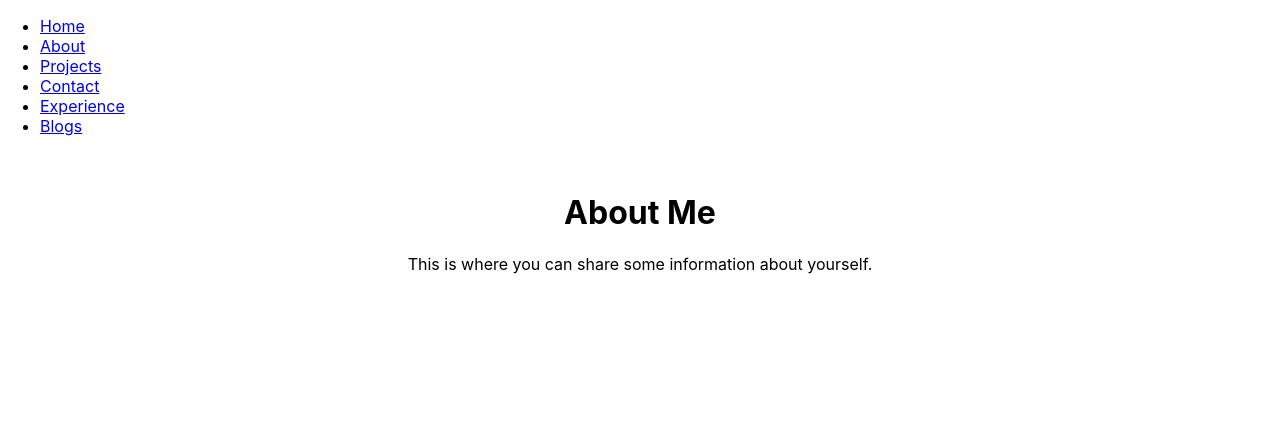
Repository: nicholaschen09/personalWebsite
Page: /about
The author's editor kept a copy of each file at every save. The page is drawn from the files as they stood at one save, then again after the next save.
The browser window is 1280 px wide. The pictures show the whole page.
The project was rebuilt for these pictures with package versions that can differ from the ones it lists, and the page was loaded fresh each time. Also part of the build but not shown: src/components/Home.css, src/components/Home.js, src/components/Projects.css, src/components/Projects.js, src/components/Contact.css, src/components/Contact.js, src/components/Experience.css, src/components/Experience.js and 2 more.

Above is the page before, as saved 2024-05-23 00:16:14.

After the next save:
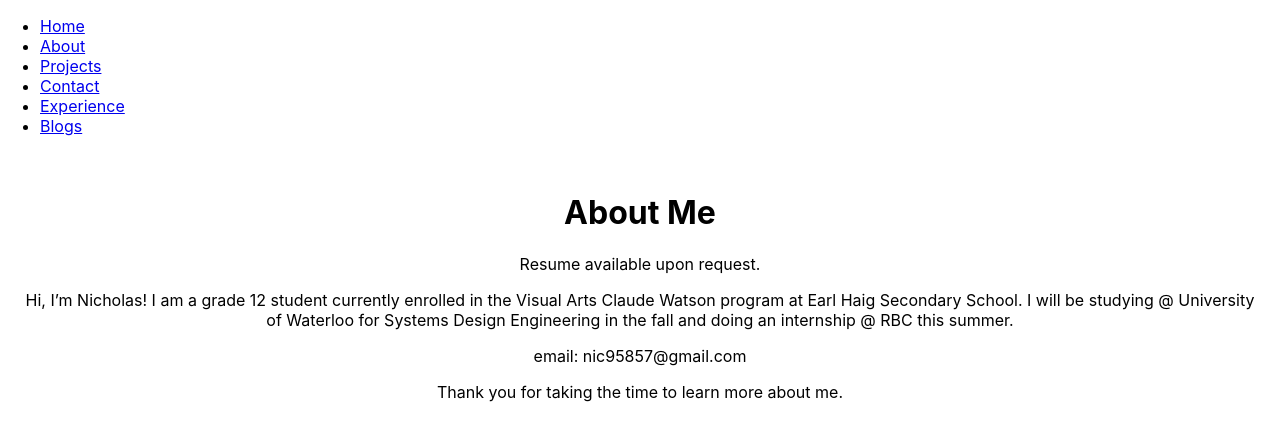
Saved 89 s later.
--- a/src/components/About.js
+++ b/src/components/About.js
@@ -6,7 +6,12 @@ const About = () => {
     return (
         <div className="about">
             <h1>About Me</h1>
-            <p>This is where you can share some information about yourself.</p>
+            <p>Resume available upon request.</p>
+            <p>Hi, I’m Nicholas!  I am a grade 12 student currently enrolled in the Visual Arts Claude Watson
+                program at Earl Haig Secondary School. I will be studying @ University of
+                Waterloo for Systems Design Engineering in the fall and doing an internship @ RBC this summer.</p>
+            <p>email: nic95857@gmail.com</p>
+            <p>Thank you for taking the time to learn more about me.</p>
         </div>
     );
 };
